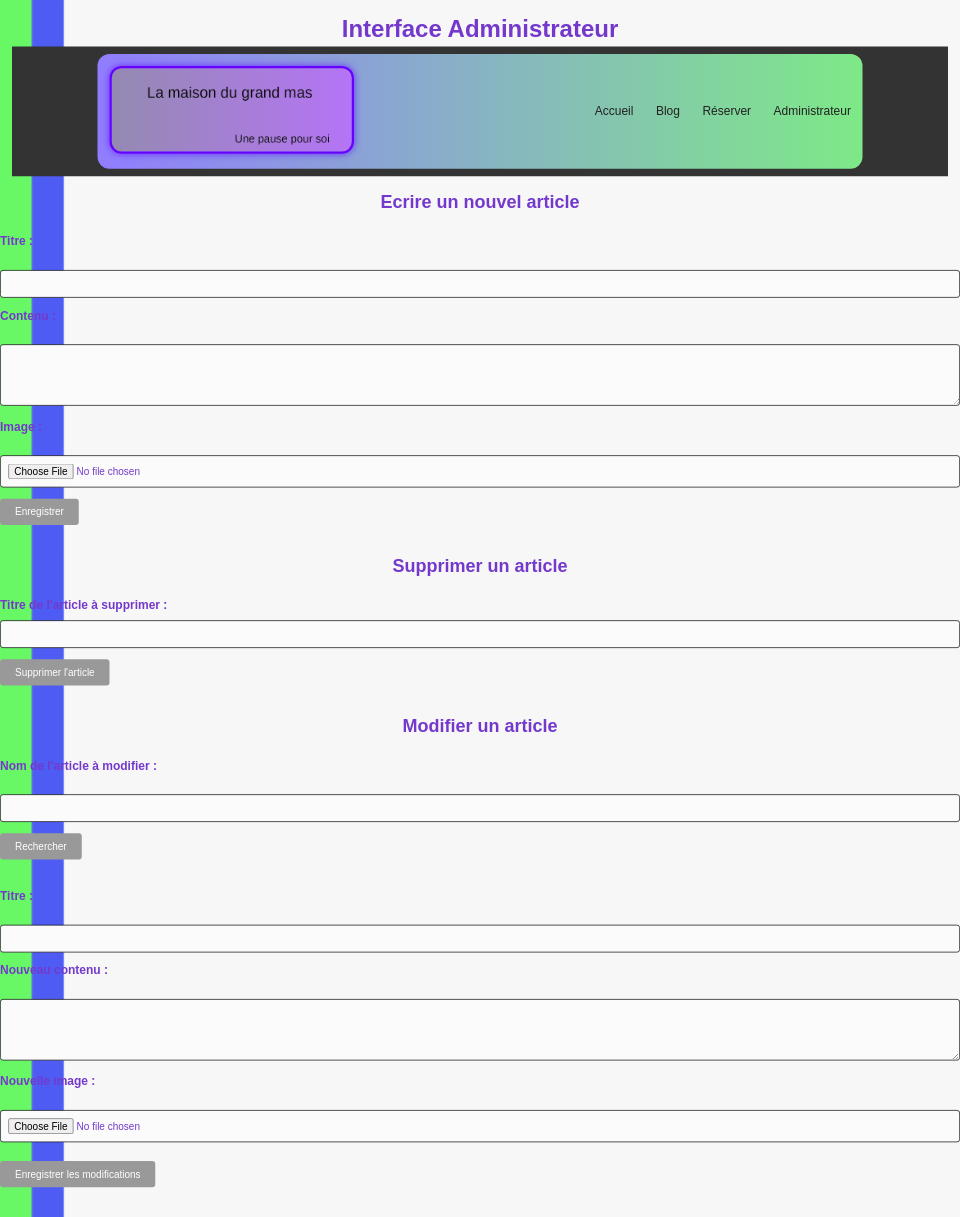
Repository: Crosnierpaul/Les_Rangers_de_Pouvoir
Page: http://localhost/adminBlog
The author's editor kept a copy of each file at every save. The page is drawn from the files as they stood at one save, then again after the next save.
The browser window is 1280 px wide. The pictures show the whole page, at 75% of full size.
Backgrounds fixed to the window are drawn as part of the page. The page is served by the project's Node server (site/server.js). Other server files are loaded and not shown.

Above is the page before, as saved 2024-05-07 16:40:19.

### site/public/views/blogAdmin.ejs
<!DOCTYPE html>
<html lang="fr">
<head>
    <meta charset="UTF-8">
    <meta name="viewport" content="width=device-width, initial-scale=1.0">
    <title>Interface Administrateur</title>
    <link rel="stylesheet" href="/css/blogAdmin.css">
    <link rel="stylesheet" href="/css/style.css">

    <!-- Utilisation du chemin absolu pour le fichier CSS -->
</head>
<body>
    <h1>Interface Administrateur</h1>
    <%- include('navbarAdmin') %>

    <h2>Ecrire un nouvel article</h2>
    <form id="articleForm">
        <label for="title">Titre :</label><br>
        <input type="text" id="title" name="title" required><br>
        <label for="content">Contenu :</label><br>
        <textarea id="content" name="content" rows="4" cols="50" required></textarea><br>
        <label for="image">Image :</label><br>
        <input type="file" id="image" name="image"><br>
        <input type="submit" value="Enregistrer">
    </form>

    <h2>Supprimer un article</h2>
     <form id="deleteArticleForm">
        <label for="articleTitleToDelete">Titre de l'article à supprimer :</label>
        <input type="text" id="articleTitleToDelete" name="articleTitleToDelete">
        <button type="submit">Supprimer l'article</button>
    </form>

    <h2>Modifier un article</h2>

    <form id="searchArticleForm">
        <label for="searchTitle">Nom de l'article à modifier :</label><br>
        <input type="text" id="searchTitle" name="searchTitle" required><br>
        <input type="submit" value="Rechercher">
    </form>

    <form id="editArticleForm">
        <label for="editTitle">Titre :</label><br>
        <input type="text" id="editTitle" name="editTitle" readonly required><br>
        <label for="editContent">Nouveau contenu :</label><br>
        <textarea id="editContent" name="editContent" rows="4" cols="50" required></textarea><br>
        <label for="editImage">Nouvelle image :</label><br>
        <input type="file" id="editImage" name="editImage"><br>
        <input type="submit" value="Enregistrer les modifications" id="saveChanges">
    </form>

    <script src="/js/blogAdmin.js"></script> <!-- Utilisation du chemin absolu pour le fichier JavaScript -->
</body>
</html>

### site/public/views/navbarAdmin.ejs
<!DOCTYPE html>
<html lang="fr">
<head>
    <meta charset="UTF-8">
    <meta name="viewport" content="width=device-width, initial-scale=1.0">
    <title>Navbar</title>
    <link href="/css/navbar.css" rel="stylesheet">
</head>
<body>
    <header>
        <nav class="navbar navbar-expand-md navbar-light">
            <div class="container">
                <!-- Ajouter le bouton de bascule pour les petits écrans
                <button class="navbar-toggler" type="button" data-toggle="collapse" data-target="#navbarSupportedContent" aria-controls="navbarSupportedContent" aria-expanded="false" aria-label="Toggle navigation">
                    <span class="navbar-toggler-icon"></span>
                </button> -->
                <div class="collapse navbar-collapse justify-content-center" id="navbarSupportedContent">
                    <ul class="navbar-nav d-flex justify-content-start">
                        <li id="liLogo">
                            <img id="logo" src="/images/logo.png"/>
                        </li>
                        <li class="nav-item">
                            <a class="nav-link" href="/">Accueil</a>
                        </li>
                        <li class="nav-item">
                            <a class="nav-link" href="/blog">Blog</a>
                        </li>
                        <li class="nav-item">
                            <a class="nav-link" href="/entretien">Réserver</a>
                        </li>
                        <li class="nav-item">
                            <a class="nav-link" href="/admin">Administrateur</a>
                        </li>
                        </ul>
                    </div>
                </div>
            </div>
        </nav>
    </header>

    <!-- Inclure jQuery (requis pour Bootstrap JavaScript)
    <script src="https://ajax.googleapis.com/ajax/libs/jquery/3.5.1/jquery.min.js"></script>
    Inclure Bootstrap JavaScript
    <script src="https://stackpath.bootstrapcdn.com/bootstrap/4.5.2/js/bootstrap.bundle.min.js"></script> -->
</body>
</html>

<script>
    // Attendez que le DOM soit chargé
    document.addEventListener("DOMContentLoaded", function() {
        // Récupérez l'URL de la page actuelle
        var currentLocation = window.location.href.substring("http://localhost:3000".length);

        // Sélectionnez tous les liens de la navbar
        var navLinks = document.querySelectorAll('.navbar-nav .nav-item');

        // Parcourez chaque lien pour vérifier s'il correspond à la page active
        navLinks.forEach(function(navItem) {
            var link = navItem.querySelector('.nav-link');
            var linkHref = link.getAttribute('href');

            // Vérifiez si l'URL de la page actuelle correspond à l'URL du lien dans la navbar
            if (currentLocation === linkHref) {
                // Ajoutez la classe 'active' à l'élément parent (li) correspondant
                navItem.classList.add('active');
            }
        });
    });
</script>

### site/public/css/blogAdmin.css
/* Style pour le titre de la page */
h1 {
    text-align: center;
    margin-top: 20px;
}

/* Style pour le formulaire d'ajout d'article */
#articleForm {
    margin-top: 30px;
}

/* Style pour le formulaire de suppression d'article */
#deleteArticleForm {
    margin-top: 30px;
}

/* Style pour le formulaire de recherche d'article */
#searchArticleForm {
    margin-top: 30px;
}

/* Style pour le formulaire de modification d'article */
#editArticleForm {
    margin-top: 30px;
}

/* Style pour les étiquettes des formulaires */
label {
    font-weight: bold;
}

/* Style pour les champs de saisie et les zones de texte */
input[type="text"],
input[type="file"],
textarea {
    width: 100%;
    padding: 8px;
    margin-top: 6px;
    margin-bottom: 16px;
    box-sizing: border-box;
    border: 1px solid #ccc;
    border-radius: 4px;
}

/* Style pour les boutons */
input[type="submit"],
button {
    background-color: #4CAF50;
    color: white;
    padding: 10px 20px;
    border: none;
    border-radius: 4px;
    cursor: pointer;
}

/* Style pour les boutons au survol */
input[type="submit"]:hover,
button:hover {
    background-color: #45a049;
}

/* Style pour les boutons de modification */
#saveChanges {
    margin-top: 10px;
}

/* Style pour les messages d'erreur */
.error {
    color: red;
    margin-top: 5px;
}

/* Style pour la barre de navigation */
.navbar {
    background-color: #333;
    color: white;
    padding: 10px 0;
}

/* Style pour les liens de la barre de navigation */
.navbar a {
    color: white;
    text-decoration: none;
    padding: 10px 20px;
}

/* Style pour les liens de la barre de navigation au survol */
.navbar a:hover {
    background-color: #555;
}

### site/public/css/style.css

body {
    font-family: Arial, sans-serif;
    margin: 20px;
    padding: 0;
    background-image: url(../images/layered-waves-haikei.png);
    background-size: cover;
    background-repeat: no-repeat;
    background-attachment: fixed;
}

h1, h2 {
    text-align: center;
    margin-bottom: 5px;
    color: #7439cc;
}


form {
    margin-bottom: 30px;
}

label {
    display: block;
    margin-bottom: 5px;
    color: #7439cc;
}

input[type="text"],
textarea,
input[type="file"] {
    width: 100%;
    padding: 10px;
    margin-bottom: 15px;
    border: 1px solid #191919;
    border-radius: 4px;
    box-sizing: border-box;
    background-color: #fbfbfb;
    color: #7439cc;
}

input[type="submit"],
button[type="submit"] {
    display: inline-block;
    background-color: #999;
    color: #fff;
    padding: 10px 20px;
    margin-bottom: 10px;
    border: none;
    border-radius: 4px;
    cursor: pointer;
}

input[type="submit"]:hover,
button[type="submit"]:hover {
    background-color: #ccc;
    color: #333;
}

#clearArticles,
#deleteArticle {
    margin-right: 10px;
}

@media (max-width: 480px) {
    #deleteArticle,
    #deleteLastArticle {
        width: 100%;
        display: block;
        margin-right: 0;
    }
}

#articlesList {
    background-color: #333;
}

/*------------------------- CONTAINER ET INFOS INFOS ACCUEIL ---------------------------------------------*/

.bordertitle {
    border-bottom: 4px solid #e9de02;
    border-top: 4px solid #e9de02;
    box-shadow: #e9de024e -5px 5px, rgba(240, 46, 170, 0.3) -10px 10px, rgba(240, 46, 170, 0.2) -15px 15px, rgba(240, 46, 170, 0.1) -20px 20px, rgba(240, 46, 170, 0.05) -25px 25px;
}


.containerindex {
    display: flex;
    flex-direction: column;
    min-width: 40em;
    max-width: 120em;
    align-items: center;
    border-radius: 48px 10px 46px 10px;
    -webkit-border-radius: 48px 10px 46px 10px;
    -moz-border-radius: 48px 10px 46px 10px;
    background-image: url(../images/blob-scene-haikei.png);
    background-repeat: no-repeat;
    background-size: cover;
}
.row {
    display: flex;
    justify-content: center; /* Espacement égal entre les éléments */
    width: 100%;
}

.card {
    --background: linear-gradient(to left, #7439cc 0%, #1ae42b 100%);
    max-width: 100%;
    max-height: 100%;
    padding: 5px;
    border-radius: 1rem;
    overflow: visible;
    background: #f7ba2b;
    background: var(--background);
    position: relative;
    z-index: 1;
    margin: 20px;
    margin-top: 15px;
}

.card::after {
    position: absolute;
    content: "";
    top: 30px;
    left: 0;
    right: 0;
    z-index: -1;
    height: 100%;
    width: 100%;
    transform: scale(0.8);
    filter: blur(25px);
    background: #f7ba2b;
    background: var(--background);
    transition: opacity .5s;
}

.card-info {
    --color: #f4f4f4;
    background: var(--color);
    color: var(--color);
    display: flex;
    flex-direction: column; /* Affichage en colonnes */
    justify-content: center;
    align-items: center;
    width: 100%;
    height: 100%;
    overflow: visible;
    border-radius: .7rem;
}

.card .title {
    font-weight: bold;
}

/*Hover*/
.card:hover::after {
    opacity: 0;
}

.card:hover .card-info {
    color: #f7ba2b;
    transition: color 1s;
}

/* Ajouter un espace de 25px entre les deux cartes du haut */
.row:first-child .col-6 {
    margin-right: 25px;
}

/* Centrer la carte du bas */
.row:last-child {
    justify-content: center;
}

.row {
    display: flex;
    justify-content: center;
    width: 100%;
    flex-direction: row;
    flex-wrap: nowrap;
    align-content: center;
    align-items: center;
}


/*------------------------- ONEPAGE ---------------------------------------------*/

body {
    font-family: Arial, sans-serif;
    margin: 0;
    padding: 0;
    box-sizing: border-box;
    overflow-x: hidden; /* Empêche le défilement horizontal d'apparaître */
}

.navbarHori {
    position: fixed;
    top: 50%; /* Positionne la barre de navigation à 50% du haut de la fenêtre */
    transform: translateY(-50%); /* Déplace la barre de navigation vers le haut de moitié de sa propre hauteur */
    right: 10px; /* Ajoute un espace à droite pour éviter le chevauchement avec la barre de défilement */
    width: 20px; /* Largeur réduite de la barre de navigation */
    height: calc(100vh - 50vh); /* Hauteur de la barre de navigation (100% de la hauteur moins 50% de la hauteur) */
    background-color: rgb(156, 255, 164);
    display: flex;
    flex-direction: column;
    align-items: center;
    justify-content: center;
    border-radius: 15px;
    opacity: 0.2; /* Définit l'opacité initiale à 0 (invisible) */
    transition: opacity 0.3s ease; /* Ajoute une transition sur l'opacité */
}

.navbarHori:hover {
    opacity: 1; /* Rend la barre de navigation visible au survol */
}

.navbarHori a {
    text-decoration: none;
    margin-bottom: 18px; /* Réduit légèrement l'espacement entre les points */
    width: 10px; /* Largeur réduite du point */
    height: 10px; /* Hauteur réduite du point */
    border-radius: 50%; /* Pour rendre le point rond */
    background-color: #fff;
    display: flex;
    align-items: center;
    justify-content: center;
    transition: transform 0.2s ease; /* Ajoute une transition sur la propriété transform */
}

.navbarHori a:hover {
    transform: scale(0.9); /* Réduit légèrement la taille du point au survol */
}

.navbarHori a:active {
    transform: scale(0.8); /* Réduit davantage la taille du point lorsque pressé */
    /* background-color: #666; /* Change la couleur de fond du point lorsque pressé */
    opacity: 0;
}

.baniere {
    display: flex;
    flex-direction: column;
    align-items: center;
    justify-content: center;
    padding: 50px;
    margin: 1em;
    background-image: url(https://www.barnes-international.com/images/titres_personnalises/-titre-lhYBl.jpg);
    height: 60vh;
    border-radius: 1em;
}

.section {
    display: flex;
    flex-direction: column;
    align-items: center;
    padding: 50px;
    margin-top: 80px;
    /* background-image: url(https://img.freepik.com/vecteurs-premium/fond-remplissage-motif-repetition-sans-soudure_74869-1234.jpg?size=626&ext=jpg&ga=GA1.1.1413502914.1713571200&semt=ais); */
    /* --background: linear-gradient(to bottom, #ffffff 0%, #999999 100%);
    background: var(--background); */
    background-color: #eeeeee00;
    max-height: 400vh;
    min-height: 100vh;
}

.section h1 {
    text-align: center;
    margin-top: -20px;
    margin-bottom: 20px;
    color : #7439cc;
}

.section ul {
    list-style-type: none;
    padding: 0;
    margin: 0;
}

.section ul li {
    margin-right: 1em;
    margin-left: 1em;
    position: relative;
    padding-left: 20px;
    margin-bottom: 8px;
    font-size: 18px; /* Taille de texte ajustée */
    line-height: 1.6;
    color: #7439cc;
    font-family: "Arial", sans-serif; /* Changement de police */
}

/* Affiche la section correspondante lorsqu'un point est survolé */
.navbarHori a:hover::before {
    content: attr(data-section); /* Affiche le nom de la section */
    position: absolute;
    right: 180%; /* Positionne le texte à gauche de la barre de navigation */
    background-color: rgba(255, 255, 255, 0.9); /* Couleur de fond du texte */
    padding: 5px;
    border-radius: 5px;
    font-size: 14px;
    white-space: nowrap;
}

@media (max-width: 768px) { /* Ajout de la règle media query pour les tailles de vue inférieures à 768px, qui est généralement utilisée pour les tablettes et les téléphones */
    .navbarHori {
        position: fixed;
        top: 50%;
        transform: translateY(-50%); /* Déplace la barre de navigation vers le haut de moitié de sa propre hauteur */
        height: auto;
        transform: none; /* Supprime la transformation de translation */
        opacity: 1; /* Rend la barre de navigation toujours visible */
        background-color: rgb(156, 255, 164); /* Couleur de fond */
    }

    .navbarHori:hover,
    .navbarHori a:hover,
    .navbarHori a:active {
        transform: none; /* Supprime la transformation au survol ou à l'activation */
        opacity: 1; /* Rend la barre de navigation toujours visible */
    }

    .navbarHori a::before {
        display: none; /* Cache le texte de section avant le survol */
    }
}

#articlesList div {
    background-color: #f9f9f9;
    border-radius: 1em;
    margin: 1em;
    padding-top: 2vh;
    padding-bottom: 2vh;
    padding-left: 5vh;
    padding-right: 5vh;
}

#articlesList p, #articlesList h2 {
    color: #7439cc;
}

#articlesList {
    background-color: transparent;
}

### site/public/css/navbar.css
.start-header {
	opacity: 1;
	transform: translateY(0);
	padding: 20px 0;
	box-shadow: 0 10px 30px 0 rgba(138, 155, 165, 0.15);
	-webkit-transition : all 0.3s ease-out;
	transition : all 0.3s ease-out;
}

.start-header.scroll-on {
	box-shadow: 0 5px 10px 0 rgba(138, 155, 165, 0.15);
	padding: 10px 0;
	-webkit-transition : all 0.3s ease-out;
	transition : all 0.3s ease-out;
}

.start-header.scroll-on .navbar-brand img{
	height: 24px;
	-webkit-transition : all 0.3s ease-out;
	transition : all 0.3s ease-out;
}

.navigation-wrap{
	position: fixed;
	width: 100%;
	top: 0;
	left: 0;
	z-index: 1000;
	-webkit-transition : all 0.3s ease-out;
	transition : all 0.3s ease-out;
}

.navbar {
    padding: 10px 0;
    display: flex;
    justify-content: center;
	margin-left: 1em;
  	margin-right: 1em;
}

.navbar-toggler {
	float: right;
	border: none;
	padding-right: 0;
	padding-left: 0;

}

.navbar-toggler:active,
.navbar-toggler:focus {
	outline: none;
}

.navbar-light .navbar-toggler-icon {
	width: 24px;
	height: 17px;
	background-image: none;
	position: relative;
	border-bottom: 1px solid #000;
    transition: all 300ms linear;
}

.navbar-light .navbar-toggler-icon:after,
.navbar-light .navbar-toggler-icon:before{
	width: 24px;
	position: absolute;
	height: 1px;
	background-color: #000;
	top: 0;
	left: 0;
	content: '';
	z-index: 2;
    transition: all 300ms linear;
}

.navbar-light .navbar-toggler-icon:after{
	top: 8px;
}

.navbar-toggler[aria-expanded="true"] .navbar-toggler-icon:after {
	transform: rotate(45deg);
}

.navbar-toggler[aria-expanded="true"] .navbar-toggler-icon:before {
	transform: translateY(8px) rotate(-45deg);
}

.navbar-toggler[aria-expanded="true"] .navbar-toggler-icon {
	border-color: transparent;
}

.nav-link{
	color: #212121 !important;
	font-weight: 500;
    transition: all 200ms linear;
}

.nav-item.active .nav-link{
	color: #7439cc  !important;
}

/* LIGNE SOUS LIEN APRES SOURIS DESSUS */

.nav-link {
	position: relative;
	padding: 5px 0 !important;
	display: inline-block;
}

.nav-item:after {
	position: absolute;
	bottom: -5px;
	left: 0;
	width: 100%;
	height: 2px;
	content: '';
	background-color: #7439cc ;
	opacity: 0;
    transition: all 200ms linear;
}

/* FIN LIGNE SOUS LIEN */

.nav-item:hover:after{
	bottom: 0;
	opacity: 1;
}

.nav-item.active:hover:after{
	opacity: 0;
}

.nav-item {
    position: relative;
    transition: all 200ms linear;
    padding: 1em;
    text-align: center;
}

/* .nav-item.active .nav-link {
    color: #007bff; /* Changez cette couleur pour mettre en évidence l'élément actif
} */

.navbar-brand {
    margin-right: auto;
    margin-left: auto;
}

/* Ajoutez ces styles pour supprimer les puces des éléments li */
.navbar-nav {
    display: flex;
    justify-content: center;
    align-items: center;
    padding-left: 0; /* Supprime le décalage à gauche de la liste */
}

.navbar-nav .nav-item {
    padding: 0 15px;
    list-style: none; /* Supprime les puces */
}

.navbar-nav .nav-link {
    color: #212121 !important;
    font-weight: 500;
    transition: all 200ms linear;
}

.navbar-nav .nav-item:hover .nav-link {
    color: #7439cc !important;
}

/* Modifiez les styles des liens de navigation pour ressembler à du texte normal */
.nav-link {
    color: #212121 !important;
    font-weight: 500;
    transition: all 200ms linear;
    text-decoration: none; /* Supprime le soulignement par défaut des liens */
    cursor: pointer; /* Change le curseur en pointeur au survol */
}

.container {
	--background: linear-gradient(to right, #917dff 0%, #7ee987 100%);
    margin: 0px;
	min-height: 15vh;
	min-width: 60%;
	max-width: max-content;
	background: var(--background);
	border-radius: 1em;
}

.purple {
	color: #7439cc;
}

#logo {
	width: 20em;
	border: 3.5px solid #6600ff;
	border-radius: 1em;
	margin-left:  1em;
	margin-right: 19.1em;
	--background: linear-gradient(to right, #948ab1 0%, #b574f6 100%);
	background: var(--background);
	box-shadow: 0 0 10px 0 rgb(106, 43, 255);
}

#liLogo {
    list-style: none;
}

.nav-item.active:after {
	position: absolute;
	bottom: 0;
	left: 0;
	width: 100%;
	height: 2px;
	content: '';
	background-color: #7439cc ;
	opacity: 1;
}

.rs {
	margin-left: 18em;
	display: inherit;
}

.rs .nav-item {
	margin-left: 5px;
	margin-right: 5px;
}

/* Styles pour les écrans plus petits que 768px */
@media (max-width: 1000px) {
    .navbar {
        flex-direction: column; /* Afficher les éléments de la navbar en colonne */
        align-items: center; /* Centrer les éléments */
    }

    .navbar-nav {
        flex-direction: column; /* Afficher les éléments de la navbar en colonne */
        align-items: center; /* Centrer les éléments */
    }

    .navbar-toggler {
        order: -1; /* Mettre le bouton de bascule en haut */
        margin-bottom: 10px; /* Ajouter un espace entre le bouton de bascule et les liens */
    }

    .rs {
        margin-left: 0; /* Réinitialiser la marge pour les icônes de réseaux sociaux */
        text-align: center; /* Centrer les icônes de réseaux sociaux */
    }
}

/*Styles pour les écrans plus petits que 576px */
@media (max-width: 576px) {
    .navbar-brand {
        margin: 0; /* Réinitialiser la marge pour le logo */
    }

    #logo {
        width: 98.3%; /* Faire en sorte que le logo occupe toute la largeur */
        margin: 0; /* Réinitialiser la marge */
    }

    .rs {
        display: flex; /* Afficher les icônes de réseaux sociaux en ligne */
        justify-content: center; /* Centrer les icônes de réseaux sociaux */
    }

    .rs .nav-item {
        margin: 0 5px; /* Ajouter un espacement horizontal entre les icônes de réseaux sociaux */
    }
}

.tel {
	margin-top: 5px;
}

Loaded but not shown: site/public/js/blogAdmin.js (188 lines, source omitted); site/server.js (72 lines, source omitted)

After the next save:
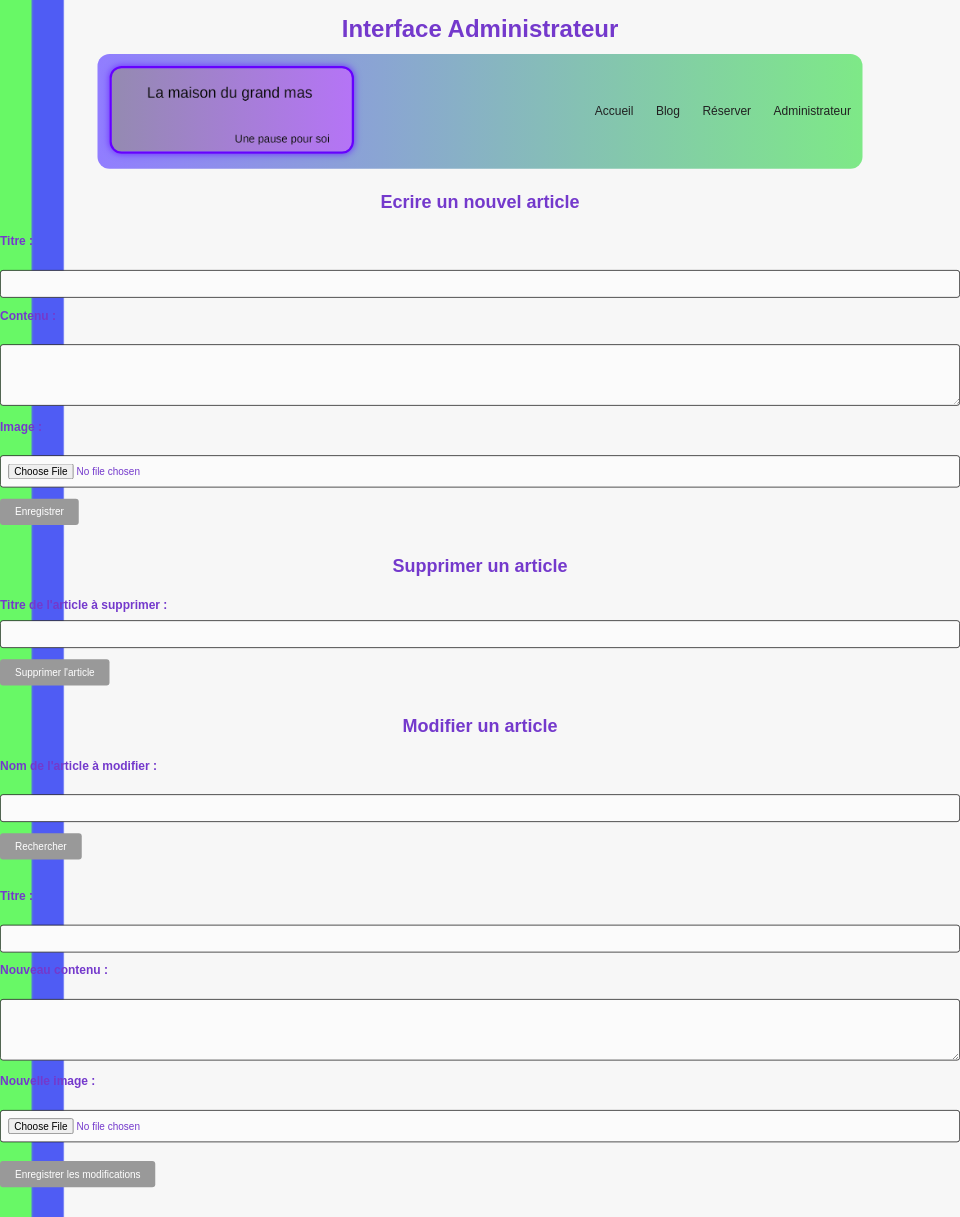
Saved 11 s later.
--- a/site/public/css/blogAdmin.css
+++ b/site/public/css/blogAdmin.css
@@ -69,22 +69,3 @@ button:hover {
     color: red;
     margin-top: 5px;
 }
-
-/* Style pour la barre de navigation */
-.navbar {
-    background-color: #333;
-    color: white;
-    padding: 10px 0;
-}
-
-/* Style pour les liens de la barre de navigation */
-.navbar a {
-    color: white;
-    text-decoration: none;
-    padding: 10px 20px;
-}
-
-/* Style pour les liens de la barre de navigation au survol */
-.navbar a:hover {
-    background-color: #555;
-}
